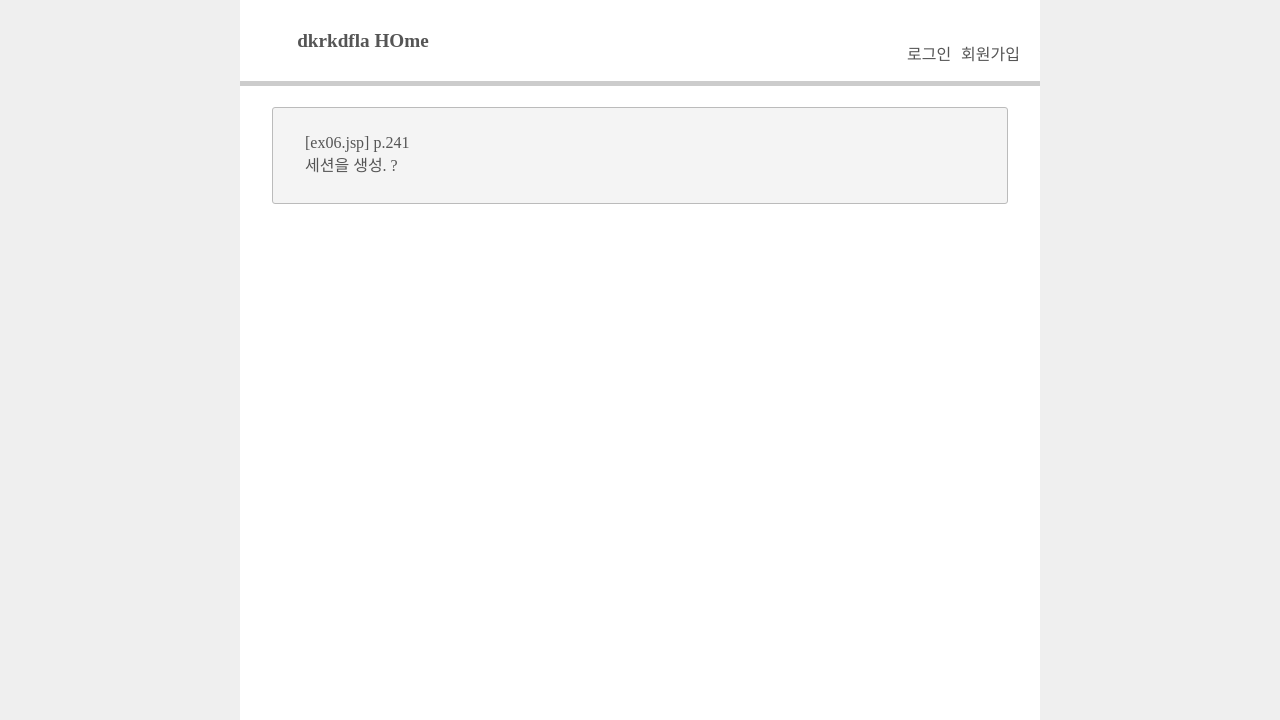
Repository: Dusajang/JSPClass
Page: http://localhost/jspPro/days07/ex06.jsp
An editor plug-in stored every save of this project. The page is shown before and after the next save, followed by the edit.
The browser window is 1280 px wide. The pictures show the whole page.
Some web fonts or font styles are not loaded; a fallback is used. The page is served by Tomcat 9.

Above is the page before, as saved 2024-10-23 06:20:21.

After the next save:
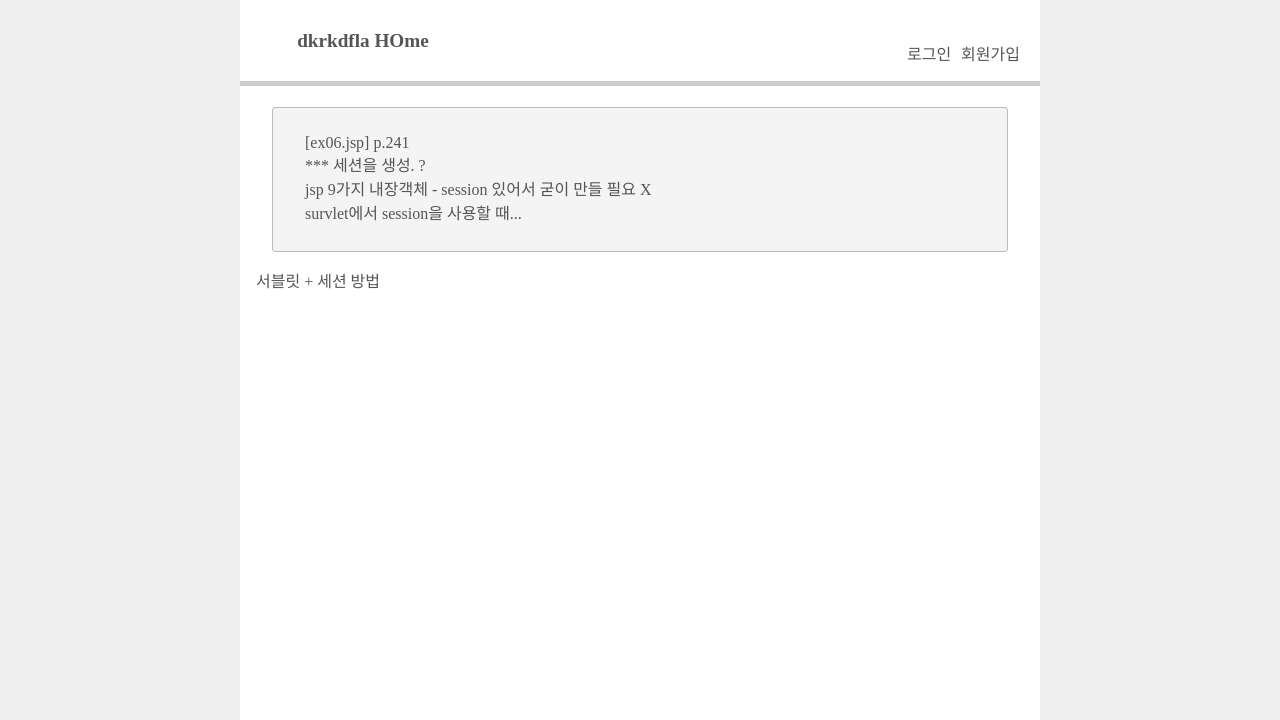
Saved 2 min 45 s later.
--- a/jspPro/src/main/webapp/days07/ex06.jsp
+++ b/jspPro/src/main/webapp/days07/ex06.jsp
@@ -1,6 +1,7 @@
 <%@ page contentType="text/html; charset=UTF-8" pageEncoding="UTF-8"%>
 <%@ page trimDirectiveWhitespaces="true" %>
 <%@ taglib prefix="c" uri="http://java.sun.com/jsp/jstl/core" %>
+<%@ include file="/WEB-INF/inc/include.jspf" %>
 <!DOCTYPE html>
 <html>
 <head>
@@ -29,8 +30,12 @@
 <div>
   <xmp class="code">
     [ex06.jsp] p.241
-    세션을 생성. ?
+    *** 세션을 생성. ?
+    jsp 9가지 내장객체 - session 있어서 굳이 만들 필요 X
+    survlet에서 session을 사용할 때...
   </xmp>
+
+  <a href="<%= contextPath%>/days07/session.htm">서블릿 + 세션 방법</a>
 </div>
 </body>
 </html>
